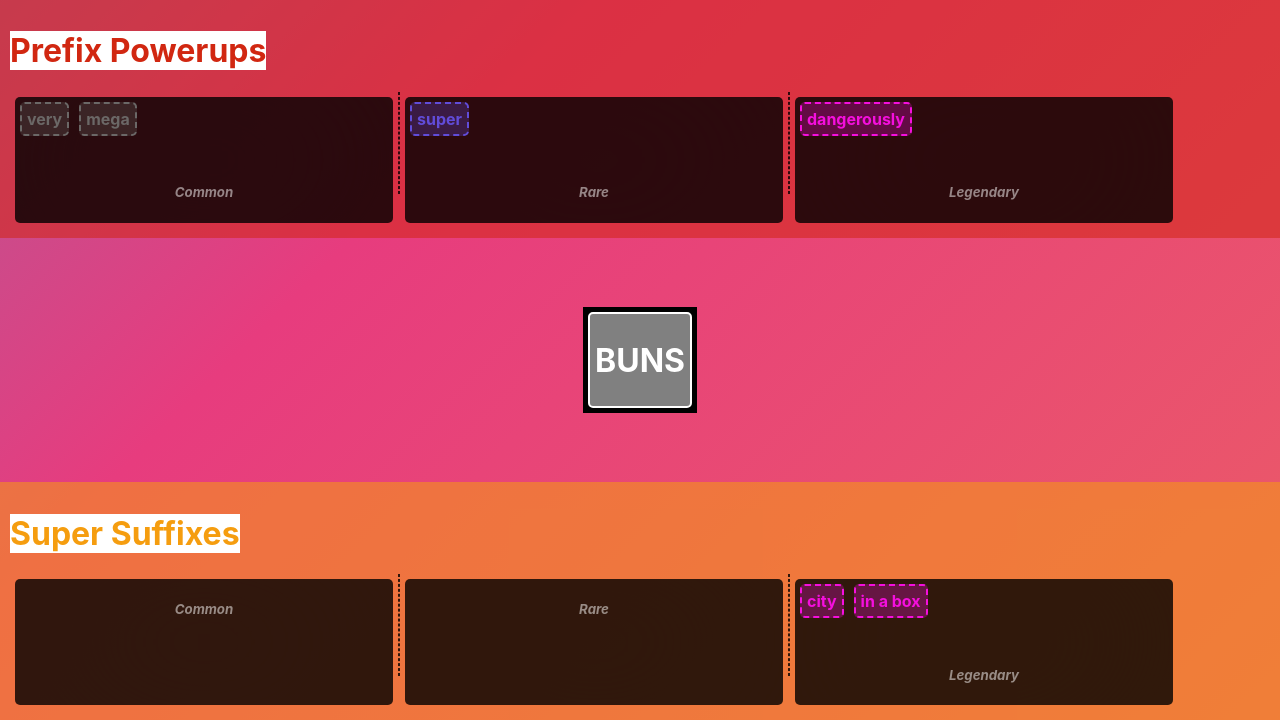
Repository: bsalgado98/buns-inator
Page: /
An editor plug-in stored every save of this project. The page is shown before and after the next save, followed by the edit.
The browser window is 1280 px wide. The pictures show the whole page.
The project was rebuilt for these pictures with package versions that can differ from the ones it lists, and the page was loaded fresh each time.

Above is the page before, as saved 2022-04-25 23:33:20.

After the next save:
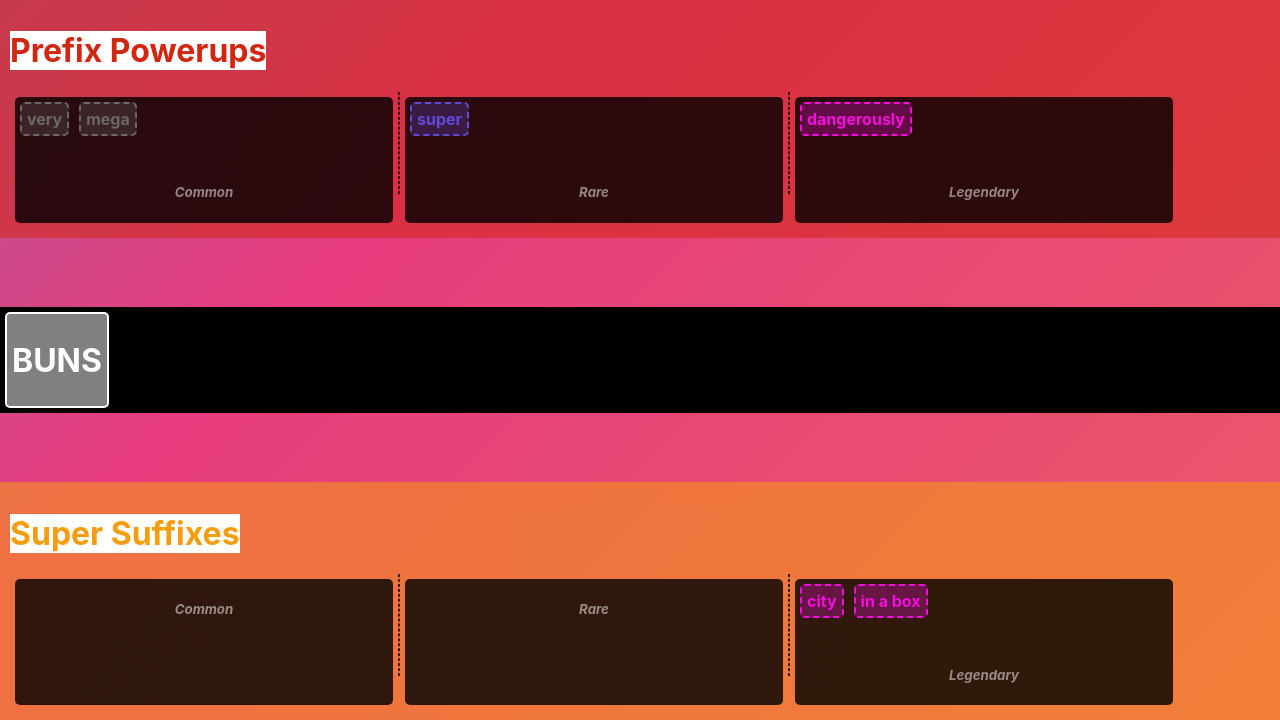
Saved 24 s later.
--- a/src/components/WordBuilder/WordBuilder.js
+++ b/src/components/WordBuilder/WordBuilder.js
@@ -5,7 +5,8 @@ const WordBuilder = () => {
         container: {
             style: {
                 display: 'flex',
-                background: 'black'
+                background: 'black',
+                width: '100%'
             }
         }
     }
